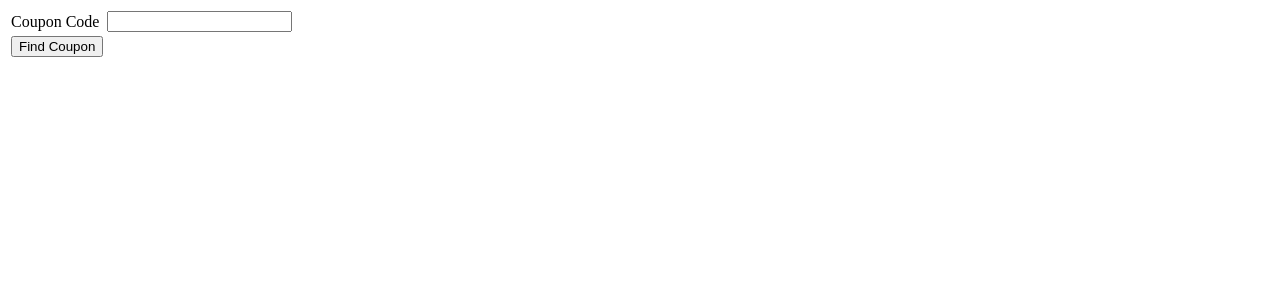
Repository: payal033/Java-Servlets-JSP
Page: http://localhost/FinalProject/findCoupon.jsp
The author's editor kept a copy of each file at every save. The page is drawn from the files as they stood at one save, then again after the next save.
The browser window is 1280 px wide. The pictures show the whole page.
The page is served by Tomcat 9.

Above is the page before, as saved 2022-05-30 18:00:59.

After the next save:
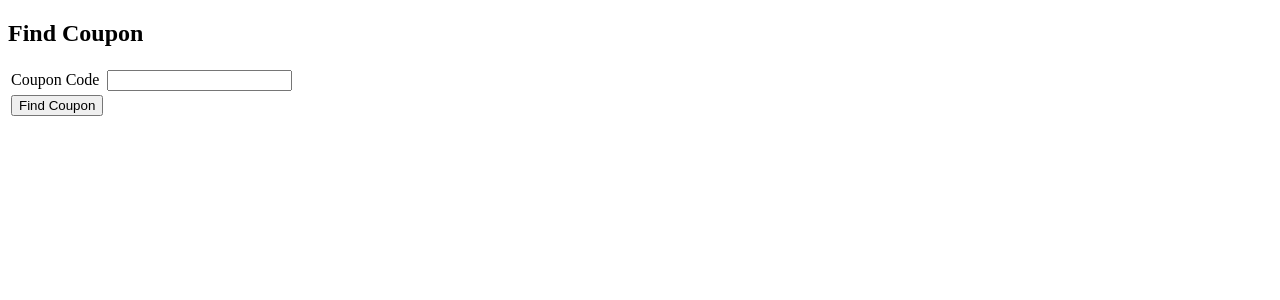
Saved 17 s later.
--- a/FinalProject/WebContent/findCoupon.jsp
+++ b/FinalProject/WebContent/findCoupon.jsp
@@ -8,6 +8,7 @@
 <title>Find Coupon</title>
 </head>
 <body>
+    <h2>Find Coupon</h2>
 	<form method="post" action="coupons">
 		<table>
 			<tr>
